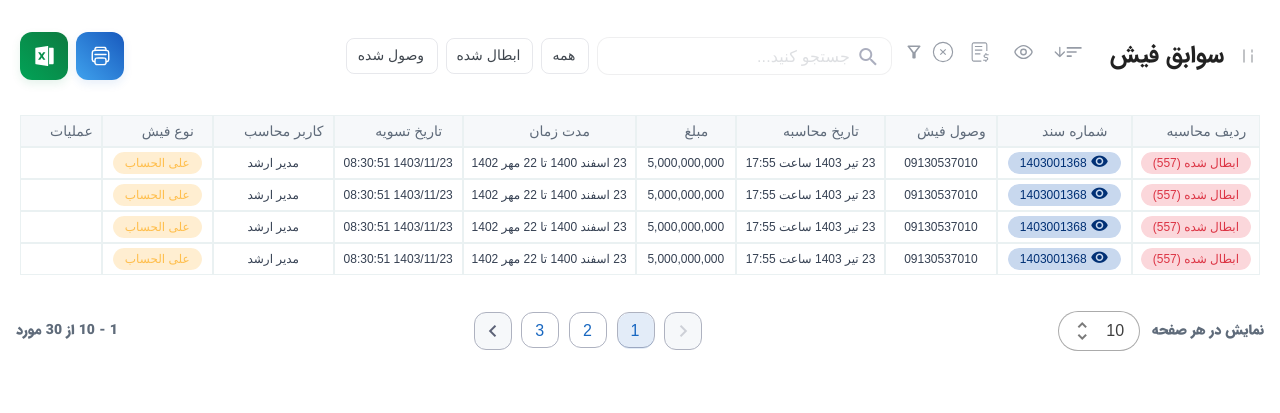
Repository: mobinazarein/data-table
Page: /
The author's editor kept a copy of each file at every save. The page is drawn from the files as they stood at one save, then again after the next save.
The browser window is 1280 px wide. The pictures show the whole page.
Some web fonts or font styles are not loaded; a fallback is used. The project was rebuilt for these pictures with package versions that can differ from the ones it lists, and the page was loaded fresh each time. Also part of the build but not shown: vue.config.js.

Above is the page before, as saved 2025-03-26 11:41:47.

### public/index.html
<!DOCTYPE html>
<html lang="en" dir="rtl">
  <head>
    <meta charset="utf-8">
    <meta http-equiv="X-UA-Compatible" content="IE=edge">
    <meta name="viewport" content="width=device-width,initial-scale=1.0">
    <link rel="icon" href="<%= BASE_URL %>favicon.ico">
    <title><%= htmlWebpackPlugin.options.title %></title>
  </head>
  <body>
    <noscript>
      <strong>We're sorry but <%= htmlWebpackPlugin.options.title %> doesn't
        work properly without JavaScript enabled. Please enable it to
        continue.</strong>
    </noscript>
    <div id="app"></div>
    <!-- built files will be auto injected -->
  </body>
</html>

### src/App.vue
<template>
  <v-app dir="rtl">
    <v-locale-provider :rtl="true">
      <div dir="rtl">
        <DataTable :headers="pageData.headers" :items="pageData.items" :showExportButtons="true" :itemsPerPage="20"
          :showSearchBtn="true" :items-per-page="10" :customStyles="[
            { key: 'row', bgColor: '#FFEEF0', textColor: '#DC3545' },
            { key: 'documentNumber', bgColor: '#E4EFFF', textColor: '#013075', icon: 'mdi-eye', iconColor: '#013075', iconSize: '18px' },
            { key: 'receiptType', bgColor: '#FFBE4C26', textColor: '#FFBE4C' }
          ]" title="سوابق فیش" :iconComponent="PauseIcon"
          :iconList="[PaginationIcon, EyeIcon, InvoiceIcon, CircleCross, FilterIcon]"
          :mobileIconList="[PaginationIcon, EyeIcon, InvoiceIcon, CircleCross, FilterIcon, PrinterIcon, ExcelIcon]"
          :buttons="pageData.buttonList" :mobileFilterButtons="pageData.mobileBtn" :actions="actions.value" />
      </div>
    </v-locale-provider>
  </v-app>
</template>

<script setup>
import DataTable from './components/DataTable.vue';
import PauseIcon from './assets/Icons/PauseIcon.vue';
import PaginationIcon from '@/assets/Icons/PaginationIcon.vue';
import EyeIcon from '@/assets/Icons/EyeIcon.vue';
import InvoiceIcon from '@/assets/Icons/InvoiceIcon.vue';
import CircleCross from '@/assets/Icons/CircleCross.vue';
import FilterIcon from '@/assets/Icons/FilterIcon.vue';
import PrinterIcon from '@/assets/Icons/PrinterIcon.vue';
import ExcelIcon from '@/assets/Icons/ExcelIcon.vue';
import { ref } from 'vue';
const pageData = ref({
  headers: [
    { title: 'ردیف محاسبه', key: 'row', align: 'center', sortable: true, width: '121px' },
    { title: 'شماره سند', key: 'documentNumber', align: 'center', sortable: true, width: '165px' },
    { title: 'وصول فیش', key: 'receiptStatus', align: 'center', sortable: true, width: '139px' },
    { title: 'تاریخ محاسبه', key: 'calculationDate', align: 'center', sortable: true, width: '159px' },
    { title: 'مبلغ', key: 'amount', align: 'center', sortable: true, width: '139px' },
    { title: 'مدت زمان', key: 'duration', align: 'center', sortable: true, width: '165px' },
    { title: 'تاریخ تسویه', key: 'settlementDate', align: 'center', sortable: true, width: '139px' },
    { title: 'کاربر محاسب', key: 'user', align: 'center', sortable: true, width: '139px' },
    { title: 'نوع فیش', key: 'receiptType', align: 'center', sortable: true, width: '139px' },
    { title: 'عملیات', key: 'actions' }
  ],
  items: [
    {
      row: 'ابطال شده (557)',
      documentNumber: '1403001368',
      receiptStatus: '09130537010',
      calculationDate: '23 تیر 1403 ساعت 17:55',
      amount: '5,000,000,000',
      duration: '23 اسفند 1400 تا 22 مهر 1402',
      settlementDate: '1403/11/23 08:30:51',
      user: 'مدیر ارشد',
      receiptType: 'علی الحساب',
    },
    {
      row: 'ابطال شده (557)',
      documentNumber: '1403001368',
      receiptStatus: '09130537010',
      calculationDate: '23 تیر 1403 ساعت 17:55',
      amount: '5,000,000,000',
      duration: '23 اسفند 1400 تا 22 مهر 1402',
      settlementDate: '1403/11/23 08:30:51',
      user: 'مدیر ارشد',
      receiptType: 'علی الحساب'
    },
    {
      row: 'ابطال شده (557)',
      documentNumber: '1403001368',
      receiptStatus: '09130537010',
      calculationDate: '23 تیر 1403 ساعت 17:55',
      amount: '5,000,000,000',
      duration: '23 اسفند 1400 تا 22 مهر 1402',
      settlementDate: '1403/11/23 08:30:51',
      user: 'مدیر ارشد',
      receiptType: 'علی الحساب'
    }, {
      row: 'ابطال شده (557)',
      documentNumber: '1403001368',
      receiptStatus: '09130537010',
      calculationDate: '23 تیر 1403 ساعت 17:55',
      amount: '5,000,000,000',
      duration: '23 اسفند 1400 تا 22 مهر 1402',
      settlementDate: '1403/11/23 08:30:51',
      user: 'مدیر ارشد',
      receiptType: 'علی الحساب'
    }
  ],
  buttonList: [
    { label: 'همه', width: 48 },
    { label: 'ابطال شده', width: 87 },
    { label: 'وصول شده', width: 92 },
  ],
  mobileBtn: [
    { label: "همه", width: 44, borderRadius: 62 },
    { label: "ابطال شده", width: 80, borderRadius: 42 },
    { label: "وصول شده", width: 89, borderRadius: 42 }
  ]
}).value;
const actions = [
  { icon: 'mdi-pencil', method: editItem },
  { icon: 'mdi-delete', method: deleteItem },
];
function editItem() {
  console.log('edit');
}
function deleteItem() {
  console.log('delete');

}
</script>
<style>
body {
  font-family: "IRANSans", sans-serif;
}
</style>

### src/assets/base.scss
// @import "./styles/fonts";

*,
*::before,
*::after {
  box-sizing: border-box;
  margin: 0;
  font-weight: normal;
  font-family: "IRANSans", sans-serif;
  letter-spacing: 0;
}

body {
  font-family: "IRANSans", sans-serif !important;
}
h1,
h2 {
  font-family: "IRANSans", sans-serif;
  font-weight: 700;
}
p {
  font-family: "IRANSans", sans-serif;
  font-weight: 400;
}
.v-field.v-field--center-affix.v-field--prepended.v-field--variant-outlined.v-theme--light.v-locale--is-rtl {
  border-radius: 12px !important;
}
.v-field__prepend-inner {
  color: #737993;
}

label.v-label.v-field-label {
  color: #c7cacf;
}

.v-field.v-field--center-affix.v-field--prepended.v-field--variant-outlined.v-theme--light.v-locale--is-rtl {
  color: #77787f4d;
}
/* .v-table__wrapper {
  overflow: hidden;
} */
.v-data-table thead {
  background-color: #f6f8fa !important;
  width: 138.41665649414062px;
  height: 32px !important;
}

.v-data-table thead th {
  height: 32px !important;
  color: #5f6b7a !important;
  font-weight: 700 !important;
  border: 1px solid #eaf1f2 !important;
  padding: 0 8px !important;
}

.v-data-table tbody tr td {
  height: 32px !important;
  color: #364153 !important;
  font-weight: 500 !important;
  border: 1px solid #eaf1f2 !important;
  white-space: nowrap !important;
  overflow: hidden !important;
  text-overflow: ellipsis !important;
  height: 32px !important;
  padding: 0 8px !important;
  font-size: 12px !important;
  padding: 0 8px !important;
  font-weight: 400 !important;
}

.v-data-table tbody tr {
  height: 32px !important;
}

td.v-data-table__td.v-data-table-column--align-center {
  font-size: 12px !important;
  height: 32px !important;
}

th {
  white-space: nowrap;
}

.custom-pagination .v-pagination__item {
  border-radius: 12px !important;
  min-width: 36px !important;
  height: 36px !important;
  font-size: 14px !important;
  color: #5b6176 !important;
  border: 1px solid #aeb2c0 !important;
}

.custom-pagination .v-pagination__item--active {
  border-radius: 12px !important;
  min-width: 36px !important;
  height: 36px !important;
  background-color: #b8dada !important;
  color: #148976 !important;
  border: 1px solid #148976 !important;
  font-weight: bold !important;
  box-shadow: none !important;
}
button.v-btn.v-btn--icon.v-theme--light.text-primary.v-btn--density-comfortable.v-btn--rounded.v-btn--size-default.v-btn--variant-text {
  border-radius: 12px !important;
}

.custom-pagination .v-pagination__prev,
.custom-pagination .v-pagination__next {
  border-radius: 12px !important;
  background-color: #f6f8fa !important;
  color: #5b6176 !important;
  border: 1px solid #aeb2c0 !important;
}
.mdi-chevron-right::before {
  color: #5b6176 !important;
}

.mdi-chevron-left::before {
  color: #5b6176 !important;
}

.custom-pagination .v-pagination__prev:hover,
.custom-pagination .v-pagination__next:hover,
.custom-pagination .v-pagination__prev:focus,
.custom-pagination .v-pagination__next:focus,
.custom-pagination .v-pagination__prev.v-pagination__item--active,
.custom-pagination .v-pagination__next.v-pagination__item--active {
  border: 1px solid #148976 !important;
  color: #148976 !important;
}

.custom-pagination .v-pagination__item--active,
.custom-pagination .v-pagination__item:focus {
  border-radius: 12px !important;
  min-width: 36px !important;
  height: 36px !important;
  background-color: #d8eef2 !important;
  color: #148976 !important;
  border: 1px solid #148976 !important;
  font-weight: bold !important;
}

.custom-pagination .v-pagination__item:hover {
  border: 1px solid #148976 !important;
  color: #148976 !important;
}

.custom-pagination .v-pagination__prev:hover,
.custom-pagination .v-pagination__next:hover {
  border: 1px solid #148976 !important;
  color: #148976 !important;
}

### src/assets/Icons/PauseIcon.vue
<template>
    <svg width="24" height="24" viewBox="0 0 24 24" fill="none" xmlns="http://www.w3.org/2000/svg">
        <path d="M8 6V18M16 6V8M16 18V11" stroke="#ADB0B4" stroke-width="1.5" stroke-linecap="round"
            stroke-linejoin="round" />
    </svg>
</template>

### src/assets/Icons/PaginationIcon.vue
<template>
    <svg width="36" height="48" viewBox="0 0 36 48" fill="none" xmlns="http://www.w3.org/2000/svg">
<path d="M9.79481 19.4529V28.5469M9.79481 28.5469L14.3418 23.9999M9.79481 28.5469L5.2478 23.9999" stroke="#969CA6" stroke-width="1.29915" stroke-linecap="round" stroke-linejoin="round"/>
<path d="M16.7693 28.9231H21.6924V27.282H16.7693V28.9231ZM16.7693 19.0769V20.7179H31.5385V19.0769H16.7693ZM16.7693 24.8205H26.6154V23.1795H16.7693V24.8205Z" fill="#969CA6"/>
</svg>
</template>

### src/assets/Icons/EyeIcon.vue
<template>
    <svg width="37" height="48" viewBox="0 0 37 48" fill="none" xmlns="http://www.w3.org/2000/svg">
<path d="M18.5 17.5833C21.4713 17.5833 24.0781 19.7396 25.7446 21.5522C26.4843 22.3568 26.8542 22.7591 26.979 23.5925C27.0096 23.7966 27.0096 24.2033 26.979 24.4073C26.8542 25.2407 26.4843 25.643 25.7446 26.4477C24.0781 28.2603 21.4713 30.4166 18.5 30.4166C15.5288 30.4166 12.922 28.2603 11.2555 26.4477C10.5158 25.643 10.1459 25.2407 10.0211 24.4073C9.99049 24.2033 9.99049 23.7966 10.0211 23.5925C10.1459 22.7591 10.5158 22.3568 11.2555 21.5522C12.922 19.7396 15.5288 17.5833 18.5 17.5833Z" stroke="#969CA6" stroke-width="1.375" stroke-linejoin="round"/>
<path d="M21.25 24C21.25 25.5188 20.0188 26.75 18.5 26.75C16.9812 26.75 15.75 25.5188 15.75 24C15.75 22.4812 16.9812 21.25 18.5 21.25C20.0188 21.25 21.25 22.4812 21.25 24Z" stroke="#969CA6" stroke-width="1.375" stroke-linejoin="round"/>
</svg>
</template>

### src/assets/Icons/InvoiceIcon.vue
<template>
    <svg width="35" height="48" viewBox="0 0 35 48" fill="none" xmlns="http://www.w3.org/2000/svg">
<path d="M26.6666 26.1999H23.9166V27.2999H26.6666V26.1999ZM23.9166 26.1999H23.4583V27.2999H23.9166V26.1999ZM23.4583 30.0499H24.375V28.9499H23.4583V30.0499ZM24.375 31.6999H23.9166V32.7999H24.375V31.6999ZM23.9166 31.6999H21.1666V32.7999H23.9166V31.6999ZM25.2 30.8749C25.2 31.3306 24.8306 31.6999 24.375 31.6999V32.7999C25.4381 32.7999 26.3 31.9381 26.3 30.8749H25.2ZM24.375 30.0499C24.8306 30.0499 25.2 30.4193 25.2 30.8749H26.3C26.3 29.8118 25.4381 28.9499 24.375 28.9499V30.0499ZM21.5333 28.1249C21.5333 29.1881 22.3951 30.0499 23.4583 30.0499V28.9499C23.0027 28.9499 22.6333 28.5806 22.6333 28.1249H21.5333ZM23.4583 26.1999C22.3951 26.1999 21.5333 27.0618 21.5333 28.1249H22.6333C22.6333 27.6693 23.0027 27.2999 23.4583 27.2999V26.1999ZM24.4666 26.7499V24.9166H23.3666V26.7499H24.4666ZM23.3666 32.2499V34.0833H24.4666V32.2499H23.3666ZM13.8333 15.3833H21.1666V14.2833H13.8333V15.3833ZM19.3333 32.6166H13.8333V33.7166H19.3333V32.6166ZM10.7166 29.4999V18.4999H9.61663V29.4999H10.7166ZM13.8333 32.6166C12.9535 32.6166 12.349 32.6154 11.8949 32.5544C11.4567 32.4954 11.2418 32.39 11.0925 32.2407L10.3147 33.0185C10.7024 33.4062 11.1881 33.5692 11.7483 33.6446C12.2928 33.7178 12.9846 33.7166 13.8333 33.7166V32.6166ZM9.61663 29.4999C9.61663 30.3486 9.61546 31.0405 9.68865 31.5849C9.76397 32.1451 9.92698 32.6308 10.3147 33.0185L11.0925 32.2407C10.9432 32.0914 10.8378 31.8766 10.7788 31.4383C10.7178 30.9842 10.7166 30.3797 10.7166 29.4999H9.61663ZM21.1666 15.3833C22.0464 15.3833 22.6509 15.3844 23.105 15.4455C23.5433 15.5044 23.7582 15.6099 23.9074 15.7591L24.6852 14.9813C24.2975 14.5936 23.8118 14.4306 23.2516 14.3553C22.7072 14.2821 22.0153 14.2833 21.1666 14.2833V15.3833ZM25.3833 18.4999C25.3833 17.6512 25.3845 16.9594 25.3113 16.415C25.2359 15.8547 25.0729 15.369 24.6852 14.9813L23.9074 15.7591C24.0567 15.9084 24.1622 16.1233 24.2211 16.5615C24.2821 17.0156 24.2833 17.6201 24.2833 18.4999H25.3833ZM13.8333 14.2833C12.9846 14.2833 12.2928 14.2821 11.7483 14.3553C11.1881 14.4306 10.7024 14.5936 10.3147 14.9813L11.0925 15.7591C11.2418 15.6099 11.4567 15.5044 11.8949 15.4455C12.349 15.3844 12.9535 15.3833 13.8333 15.3833V14.2833ZM10.7166 18.4999C10.7166 17.6201 10.7178 17.0156 10.7788 16.5615C10.8378 16.1233 10.9432 15.9084 11.0925 15.7591L10.3147 14.9813C9.92698 15.369 9.76397 15.8547 9.68865 16.415C9.61546 16.9594 9.61663 17.6512 9.61663 18.4999H10.7166ZM24.2833 18.4999V23.0833H25.3833V18.4999H24.2833ZM12.9166 19.0499H20.25V17.9499H12.9166V19.0499ZM12.9166 22.7166H20.25V21.6166H12.9166V22.7166ZM12.9166 26.3833H18.4166V25.2833H12.9166V26.3833Z" fill="#969CA6"/>
</svg>
</template>

### src/assets/Icons/CircleCross.vue
<template>
    <svg width="22" height="22" viewBox="0 0 21 20" fill="none" xmlns="http://www.w3.org/2000/svg">
        <path
            d="M7.90736 7.40719L13.0928 12.5926M13.0927 7.40719L7.90726 12.5926M19.6667 9.99992C19.6667 15.0625 15.5627 19.1666 10.5 19.1666C5.43743 19.1666 1.33337 15.0625 1.33337 9.99992C1.33337 4.93731 5.43743 0.833252 10.5 0.833252C15.5627 0.833252 19.6667 4.93731 19.6667 9.99992Z"
            stroke="#969CA6" stroke-width="1.1" />
    </svg>
</template>

### src/assets/Icons/FilterIcon.vue
<template>
    <svg width="20" height="20" viewBox="0 0 20 20" fill="none" xmlns="http://www.w3.org/2000/svg">
<path d="M5.90159 5.07682H14.1067L9.99595 10.246L5.90159 5.07682ZM3.64518 4.75682C5.30262 6.88194 8.36313 10.8204 8.36313 10.8204V15.7435C8.36313 16.1948 8.73236 16.564 9.18364 16.564H10.8247C11.276 16.564 11.6452 16.1948 11.6452 15.7435V10.8204C11.6452 10.8204 14.6975 6.88194 16.3549 4.75682C16.7734 4.21528 16.3877 3.43579 15.7067 3.43579H4.29339C3.61236 3.43579 3.22672 4.21528 3.64518 4.75682Z" fill="#969CA6"/>
</svg>
</template>

### src/assets/Icons/PrinterIcon.vue
<template>
    <svg
      width="23"
      height="24"
      viewBox="0 0 23 24"
      fill="none"
      xmlns="http://www.w3.org/2000/svg"
      :style="{ color: iconColor }"
    >
      <path
        d="M6 10.5641H17M6 17.7447V17.7447C5.66891 17.7447 5.50337 17.7447 5.36418 17.7283C4.26359 17.599 3.39569 16.7311 3.26636 15.6305C3.25 15.4913 3.25 15.3257 3.25 14.9947V10.5641C3.25 8.76909 3.25 7.87158 3.70712 7.24241C3.85475 7.03921 4.03345 6.86052 4.23664 6.71289C4.86582 6.25577 5.76332 6.25577 7.55833 6.25577H15.4417C17.2367 6.25577 18.1342 6.25577 18.7634 6.71289C18.9666 6.86052 19.1452 7.03921 19.2929 7.24241C19.75 7.87158 19.75 8.76909 19.75 10.5641V14.9947C19.75 15.3257 19.75 15.4913 19.7336 15.6305C19.6043 16.7311 18.7364 17.599 17.6358 17.7283C17.4966 17.7447 17.3311 17.7447 17 17.7447V17.7447M6 17.7447V17.7447C6 18.6368 6 19.0829 6.14576 19.4348C6.3401 19.904 6.71286 20.2768 7.18205 20.4711C7.53393 20.6169 7.98003 20.6169 8.87222 20.6169H14.1278C15.02 20.6169 15.4661 20.6169 15.818 20.4711C16.2871 20.2768 16.6599 19.904 16.8542 19.4348C17 19.0829 17 18.6368 17 17.7447V17.7447M6 17.7447V17.3617C6 15.9257 6 15.2077 6.3657 14.7043C6.4838 14.5418 6.62676 14.3988 6.78931 14.2807C7.29265 13.915 8.01066 13.915 9.44667 13.915H13.5533C14.9893 13.915 15.7073 13.915 16.2107 14.2807C16.3732 14.3988 16.5162 14.5418 16.6343 14.7043C17 15.2077 17 15.9257 17 17.3617V17.7447M17 6.25577V6.25577C17 5.36358 17 4.91748 16.8542 4.56559C16.6599 4.09641 16.2871 3.72364 15.818 3.5293C15.4661 3.38354 15.02 3.38354 14.1278 3.38354H8.87222C7.98003 3.38354 7.53393 3.38354 7.18205 3.5293C6.71286 3.72364 6.3401 4.09641 6.14576 4.56559C6 4.91748 6 5.36358 6 6.25577V6.25577H17Z"
        stroke="currentColor"
        stroke-width="1.43611"
        stroke-linecap="round"
        stroke-linejoin="round"
      />
    </svg>
  </template>

  <script setup>
  import { defineProps } from 'vue';

  defineProps({
    iconColor: {
      type: String,
      default: 'white',
    },
  });
  </script>

### src/assets/Icons/ExcelIcon.vue
<template>
    <svg
      width="23"
      height="22"
      viewBox="0 0 23 22"
      fill="none"
      xmlns="http://www.w3.org/2000/svg"
      :style="{ color: iconColor }"
    >
      <g clip-path="url(#clip0_397_6997)">
        <path
          d="M3.12085 2.63712L14.6434 0.991705C14.7084 0.982376 14.7747 0.987136 14.8377 1.00566C14.9007 1.02419 14.959 1.05604 15.0087 1.09908C15.0583 1.14211 15.0981 1.19531 15.1254 1.25507C15.1527 1.31483 15.1668 1.37976 15.1668 1.44546V20.5543C15.1668 20.6199 15.1527 20.6847 15.1254 20.7444C15.0982 20.8041 15.0585 20.8573 15.009 20.9003C14.9594 20.9433 14.9012 20.9752 14.8383 20.9938C14.7754 21.0124 14.7092 21.0172 14.6443 21.008L3.11994 19.3626C2.90142 19.3315 2.70147 19.2226 2.55682 19.0559C2.41216 18.8892 2.33252 18.6758 2.33252 18.4551V3.54462C2.33252 3.3239 2.41216 3.11059 2.55682 2.94388C2.70147 2.77716 2.90234 2.66824 3.12085 2.63712ZM16.0834 2.74987H19.7501C19.9932 2.74987 20.2264 2.84645 20.3983 3.01836C20.5702 3.19027 20.6668 3.42342 20.6668 3.66654V18.3332C20.6668 18.5763 20.5702 18.8095 20.3983 18.9814C20.2264 19.1533 19.9932 19.2499 19.7501 19.2499H16.0834V2.74987ZM9.8501 10.9999L12.4168 7.33321H10.2168L8.7501 9.42871L7.28344 7.33321H5.08344L7.6501 10.9999L5.08344 14.6665H7.28344L8.7501 12.571L10.2168 14.6665H12.4168L9.8501 10.9999Z"
          fill="currentColor"
        />
      </g>
      <defs>
        <clipPath id="clip0_397_6997">
          <rect width="22" height="22" fill="white" transform="translate(0.5)" />
        </clipPath>
      </defs>
    </svg>
  </template>

  <script setup>
  import { defineProps } from 'vue';

  defineProps({
    iconColor: {
      type: String,
      default: 'white',
    },
  });
  </script>

### src/assets/styles/_fonts.scss
@font-face {
  font-family: "IRANSans";
  src: url("/public/fonts/IRANSans.woff2") format("woff2");
  font-weight: 400;
  font-style: normal;
  font-display: swap;
}

@font-face {
  font-family: "IRANSans";
  src: url("/public/fonts/IRANSans_Black.woff2") format("woff2");
  font-weight: 500;
  font-style: normal;
  font-display: swap;
}

@font-face {
  font-family: "IRANSans";
  src: url("/public/fonts/IRANSans_Bold.woff2") format("woff2");
  font-weight: 800;
  font-style: normal;
  font-display: swap;
}

Loaded but not shown: src/plugins/vuetify.js (17 lines, source omitted); src/main.js (9 lines, source omitted); src/components/DataTable.vue (234 lines, source omitted)

After the next save:
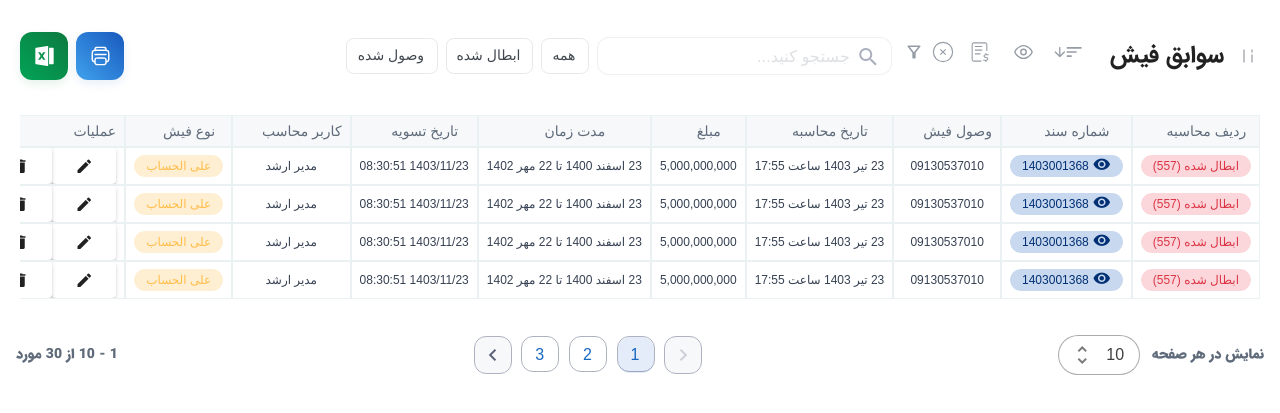
Saved 10 s later.
--- a/src/App.vue
+++ b/src/App.vue
@@ -10,7 +10,7 @@
           ]" title="سوابق فیش" :iconComponent="PauseIcon"
           :iconList="[PaginationIcon, EyeIcon, InvoiceIcon, CircleCross, FilterIcon]"
           :mobileIconList="[PaginationIcon, EyeIcon, InvoiceIcon, CircleCross, FilterIcon, PrinterIcon, ExcelIcon]"
-          :buttons="pageData.buttonList" :mobileFilterButtons="pageData.mobileBtn" :actions="actions.value" />
+          :buttons="pageData.buttonList" :mobileFilterButtons="pageData.mobileBtn" :actions="actions" />
       </div>
     </v-locale-provider>
   </v-app>
